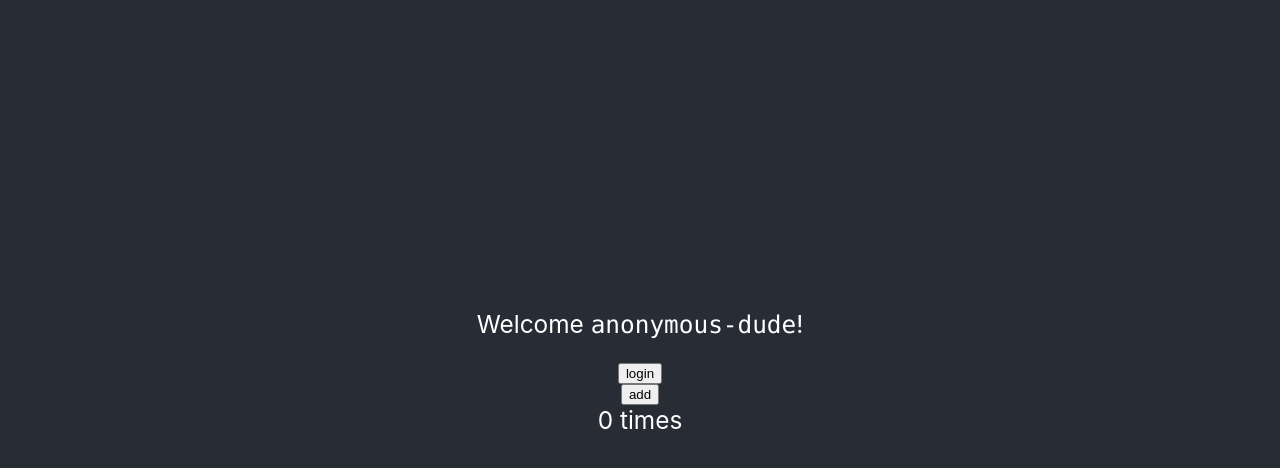
Repository: the3dsandwich/Smartone-Hackathon-2019
Page: /
These files come from the project's save history. The page is drawn as it stood at one moment and after the next save; the edit follows.
The browser window is 1280 px wide. The pictures show the whole page.
Some web libraries are served in a nearby version. The project was rebuilt for these pictures with package versions that can differ from the ones it lists, and the page was loaded fresh each time. Also part of the build but not shown: src/components/Main.css, src/components/MapContainer.css, src/components/MapContainer.js, src/components/Main.js, src/components/dev.js.

Above is the page before, as saved 2019-10-26 11:45:08.

### src/App.js
// always import React from "react" to declare that this is react stuff
import React, { useState, useEffect } from "react";
// importing firebase only for firebase.initializeApp()
// importing other modules using curly brackets {}
import firebase, { auth } from "firebase";
// imports config for firebase
import { config } from "./firebase/firebase-config";
// separating css for every component
import "./App.css";
// import sub-components
import { Main } from "./components/Main";
import { Dev } from "./components/dev";

export const App = () => {
  const [appLoading, setAppLoading] = useState(true);
  const [isLoggedin, setIsLoggedin] = useState(false);
  const [test, testplus] = useState(0);

  // dev component toggle
  const [openDevComponent, setOpenDevComponent] = useState(false);

  // this block runs when this component (<App/>) mounts
  // sets up firebase and listener for authentication
  useEffect(() => {
    // initialize app with firebase.initializeApp()
    firebase.initializeApp(config);
    // set app loading state to false
    setAppLoading(false);

    // returns listener for authentication state change.
    // returning listener in useEffect unmounts this listener
    // when this component (<App/>) unmounts
    return auth().onAuthStateChanged(user => {
      if (user) {
        // user is logged in
        setIsLoggedin(true);
      } else {
        // user is signed out
        setIsLoggedin(false);
      }
    });
  }, []);

  // this block runs when this component (<App/>) mounts
  // pressing "d" toggles development component
  useEffect(() => {
    const handleD = e => {
      if (e.key === "d") {
        setOpenDevComponent(!openDevComponent);
      }
    };
    // adds event listener for pressing "d"
    window.addEventListener("keydown", handleD);
    // removes event listener on component unmount
    return () => {
      window.removeEventListener("keydown", handleD);
    };
  });

  // this block runs when isLoggedin changes
  // logs isLoggedin to console
  useEffect(() => {
    console.log("[App.js] isLoggedin changed to", isLoggedin);
  }, [isLoggedin]);

  useEffect(() => {
    console.log("click ", test);
  }, [test]);

  // display rendering logic
  if (appLoading) {
    // app is loading
    return (
      <div className="App">
        <header className="App-header">
          <p>Loading...</p>
        </header>
      </div>
    );
  } else if (openDevComponent) {
    // dev component opens with "d" press
    return <Dev />;
  } else if (isLoggedin) {
    // user is logged in
    return <Main />;
  } else {
    // user is signed out
    return (
      <div className="App">
        <header className="App-header">
          <p>
            Welcome <code>anonymous-dude</code>!
          </p>
          <button onClick={() => auth().signInAnonymously()}>login</button>
          <button onClick={() => testplus(test => test + 1)}>add</button>
          {test} times
        </header>
      </div>
    );
  }
};

### src/firebase/firebase-config.js
const config = {
  apiKey: "AIzaSyC0QDjq-D89lrbHQH8QP6ONwQ1RJAiIujM",
  authDomain: "tag-my-map.firebaseapp.com",
  databaseURL: "https://tag-my-map.firebaseio.com",
  projectId: "tag-my-map",
  storageBucket: "tag-my-map.appspot.com",
  messagingSenderId: "806608220148",
  appId: "1:806608220148:web:01658ce07a8da5e9b613a1",
  measurementId: "G-J4H71KZCE5"
};

export { config };

Loaded but not shown: public/index.html (common file); src/index.js (common file); src/index.css (common file); src/serviceWorker.js (common file); src/App.css (common file)

After the next save:
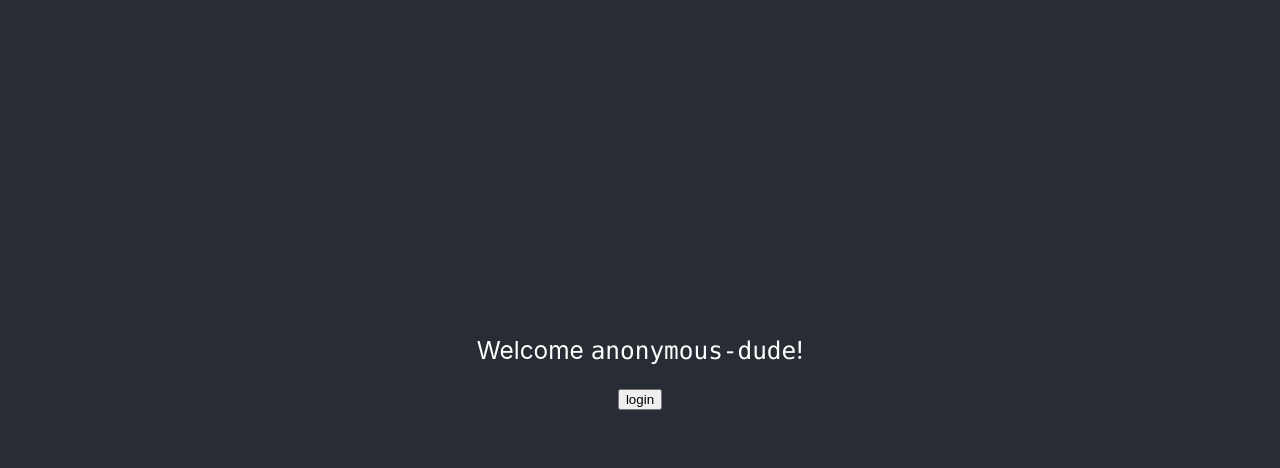
Saved 4 min 10 s later.
--- a/src/App.js
+++ b/src/App.js
@@ -14,7 +14,6 @@ import { Dev } from "./components/dev";
 export const App = () => {
   const [appLoading, setAppLoading] = useState(true);
   const [isLoggedin, setIsLoggedin] = useState(false);
-  const [test, testplus] = useState(0);
 
   // dev component toggle
   const [openDevComponent, setOpenDevComponent] = useState(false);
@@ -63,10 +62,6 @@ export const App = () => {
     console.log("[App.js] isLoggedin changed to", isLoggedin);
   }, [isLoggedin]);
 
-  useEffect(() => {
-    console.log("click ", test);
-  }, [test]);
-
   // display rendering logic
   if (appLoading) {
     // app is loading
@@ -92,8 +87,6 @@ export const App = () => {
             Welcome <code>anonymous-dude</code>!
           </p>
           <button onClick={() => auth().signInAnonymously()}>login</button>
-          <button onClick={() => testplus(test => test + 1)}>add</button>
-          {test} times
         </header>
       </div>
     );
